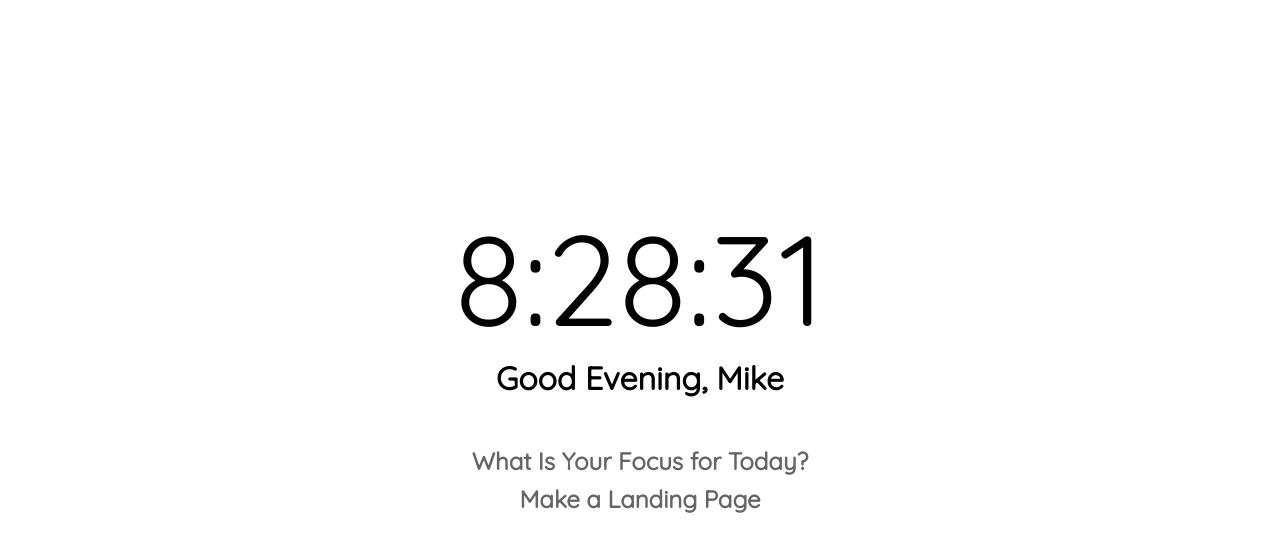
Repository: MikeTroianello/Landing-Page
Page: index.html
The author's editor kept a copy of each file at every save. The page is drawn from the files as they stood at one save, then again after the next save.
The browser window is 1280 px wide. The pictures show the whole page.

Above is the page before, as saved 2019-06-19 23:33:30.

### index.html
<!DOCTYPE html>
<html lang="en">
  <head>
    <meta charset="UTF-8" />
    <meta name="viewport" content="width=device-width, initial-scale=1.0" />
    <meta http-equiv="X-UA-Compatible" content="ie=edge" />
    <link
      href="https://fonts.googleapis.com/css?family=Quicksand&display=swap"
      rel="stylesheet"
    />
    <link rel="stylesheet" href="./style.css" />
    <title>Greetings!</title>
  </head>
  <body>
    <div id="full">
      <time id="time">12:12:12 PM</time>
      <h1>
        <span id="greeting">Good Afternoon</span>
        <span id="name" contenteditable="true">Mike</span>
      </h1>
      <!-- <h2 id="focus">What Is Your Focus for Today?</h2> -->
      <h2>What Is Your Focus for Today?</h2>
      <h2 contenteditable="true">Make a Landing Page</h2>
    </div>
    <script src="main.js"></script>
  </body>
</html>

### style.css
* {
  box-sizing: border-box;
  margin: 0;
  padding: 0;
}

body {
  font-family: 'Quicksand', sans-serif;
  display: flex;
  flex-direction: column;
  align-items: center;
  justify-content: center;
  text-align: center;
  height: 100vh;
  color: 'black';
}

#time {
  font-size: 8rem;
}

h1 {
  margin-bottom: 3rem;
}

h2 {
  margin-bottom: 0.5rem;
  opacity: 0.6;
}

@media (max-width: 700px) {
  #time {
    font-size: 6rem;
  }
}

### main.js
// DOM Elements
const time = document.getElementById('time'),
  greeting = document.getElementById('greeting'),
  name = document.getElementById('name'),
  focus = document.getElementById('focus'),
  background = document.getElementsByTagName('body');
console.log(background);

//SHOW TIME

function showTime() {
  let today = new Date(),
    hour = today.getHours(),
    min = today.getMinutes(),
    sec = today.getSeconds();

  //SET AM OR PM
  const amPm = hour >= 12 ? 'PM' : 'AM';

  //12 Hour Format
  hour = hour % 12 || 12;

  //Output Time
  time.innerHTML = `${hour}<span>:</span>${addZero(min)}<span>:</span>${addZero(
    sec
  )}`;

  setTimeout(showTime, 1000);
}

showTime();

function addZero(x) {
  return (x < 10 ? '0' : '') + x;
}

//Background

function timeGreeting() {
  let today = new Date(),
    hour = today.getHours();

  if (hour > 17) {
    greeting.innerText = 'Good Evening,';
  } else if (hour < 12) {
    greeting.innerText = 'Good Morning,';
  } else {
    greeting.innerText = 'Good Afternoon,';
  }
}

timeGreeting();

After the next save:
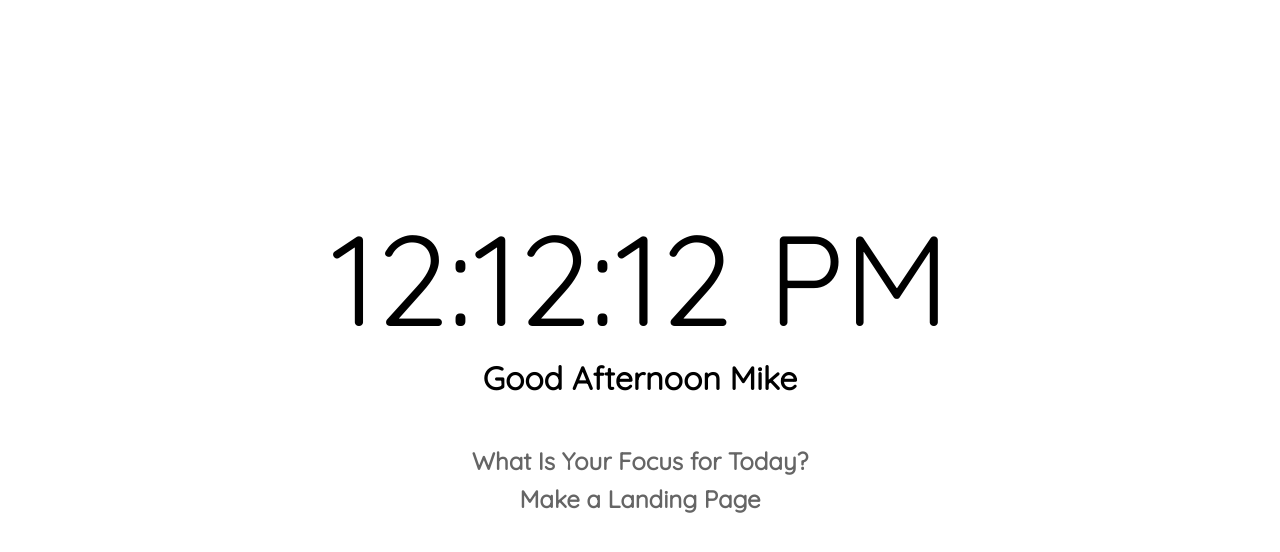
Console error: SyntaxError: Invalid left-hand side in assignment
Saved 21 s later.
--- a/main.js
+++ b/main.js
@@ -4,7 +4,7 @@
   name = document.getElementById('name'),
   focus = document.getElementById('focus'),
   background = document.getElementsByTagName('body');
-console.log(background);
+
 
 //SHOW TIME
 
@@ -42,6 +42,7 @@
 
   if (hour > 17) {
     greeting.innerText = 'Good Evening,';
+    document.getElementById(id).style.background-image = url('./img/afternoon.jpg')
   } else if (hour < 12) {
     greeting.innerText = 'Good Morning,';
   } else {

After the 2 saves that followed:
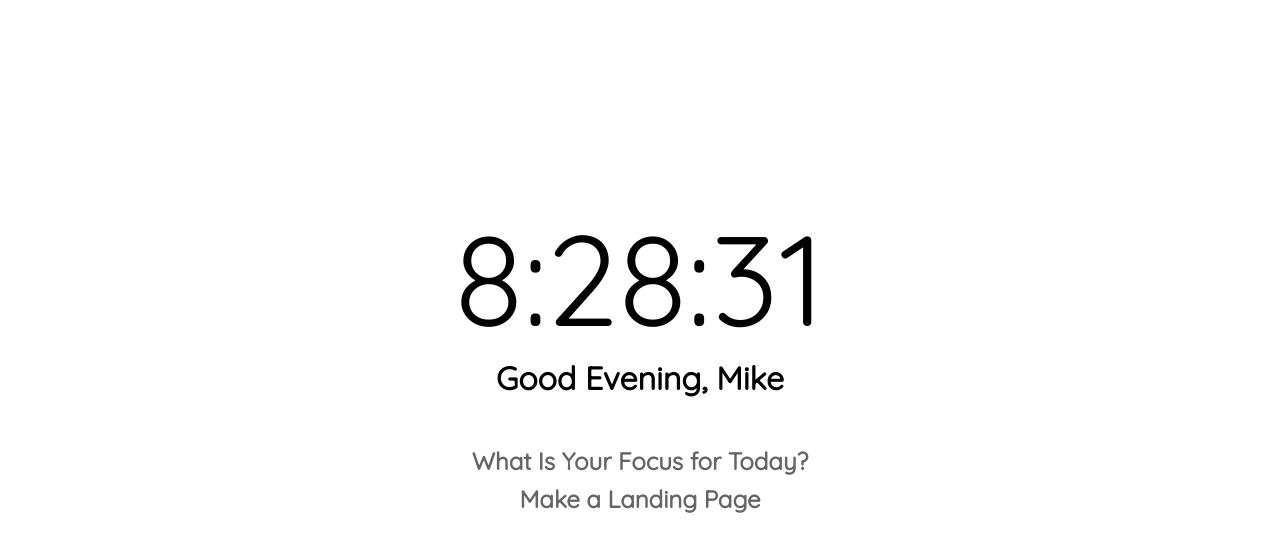
Console error: ReferenceError: id is not defined
The 2 saves are shown as one change because 1 left the picture as it was.
The last was saved 24 s later.
--- a/main.js
+++ b/main.js
@@ -4,7 +4,6 @@
   name = document.getElementById('name'),
   focus = document.getElementById('focus'),
   background = document.getElementsByTagName('body');
-
 
 //SHOW TIME
 
@@ -42,7 +41,7 @@
 
   if (hour > 17) {
     greeting.innerText = 'Good Evening,';
-    document.getElementById(id).style.background-image = url('./img/afternoon.jpg')
+    document.getElementById(id).style.background = 'url(./img/afternoon.jpg)';
   } else if (hour < 12) {
     greeting.innerText = 'Good Morning,';
   } else {
